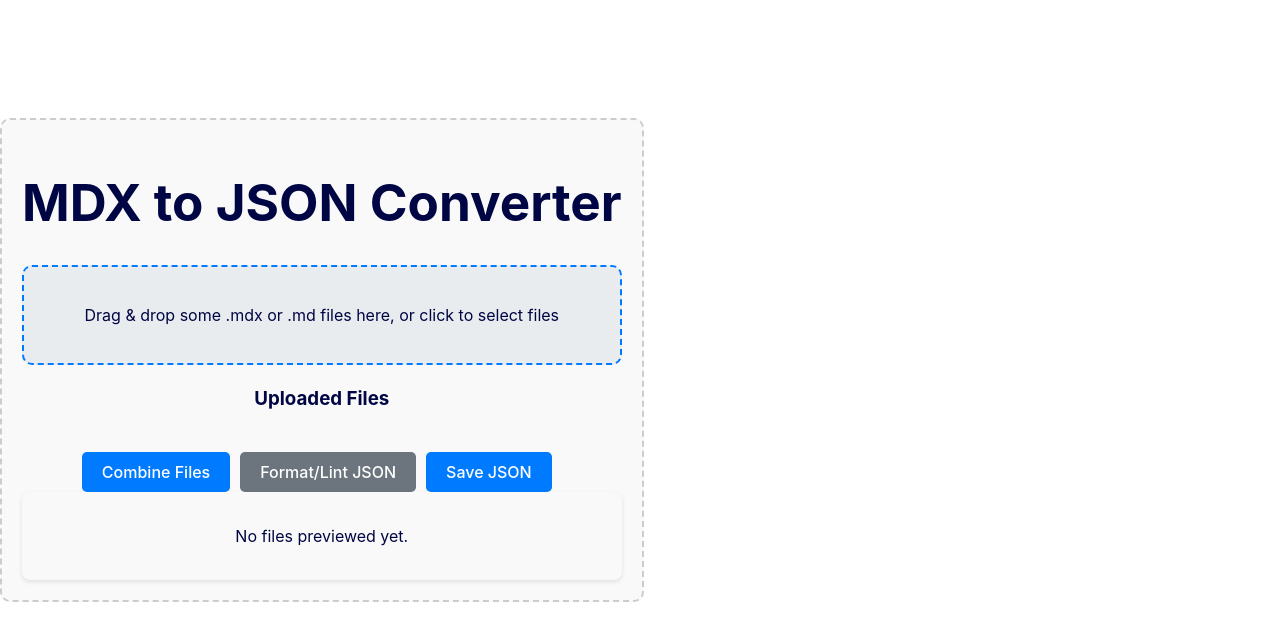
Repository: LayerDynamics/mdx-to-json
Page: /
These files come from the project's save history. The page is drawn as it stood at one moment and after the next save; the edit follows.
The browser window is 1280 px wide. The pictures show the whole page.
The project was rebuilt for these pictures with package versions that can differ from the ones it lists, and the page was loaded fresh each time. Also part of the build but not shown: vite.config.ts, src/hooks/parseMDX.ts.

Above is the page before, as saved 2024-08-21 09:59:38.

### src/App.tsx
// /src/App.tsx
// /src/App.tsx
import React, { useState, useCallback, useEffect } from "react";
import { useDropzone, FileRejection } from "react-dropzone";
import { useParseMDX, parseContentBasedOnSyntax } from "./hooks/parseMDX";
import { Container, Button, DropzoneArea, PreviewContainer } from "./styles";
import FileList from "./components/FileList";
import FormatButton from "./components/FormatButton";
import DOMPurify from "dompurify";
import { createKnowledgeBaseEntry } from "./utils/mdxUtils";

interface KnowledgeBaseEntry {
    title: string;
    tags: string[];
    category: string;
    content: string;
    metadata: {
        created_at: string;
        author: string;
    };
}

const safeJSONStringify = (obj: any) => {
    return JSON.stringify(obj, (key, value) => {
        if (typeof value === 'string') {
            return value.replace(/\\n/g, ' ').replace(/\\/g, '');
        }
        return value;
    }, 2);
};

const sanitizeContent = (content: string) => {
    return DOMPurify.sanitize(content);
};

const App: React.FC = () => {
    const [mdxFiles, setMdxFiles] = useState<File[]>([]);
    const [jsonEntries, setJsonEntries] = useState<KnowledgeBaseEntry[]>([]);
    const [combinedJson, setCombinedJson] = useState<Record<string, KnowledgeBaseEntry> | null>(null);

    // Use the useParseMDX hook
    const { parsedContent, parseMDX } = useParseMDX();

    const onDrop = useCallback(
        (acceptedFiles: File[], rejectedFiles: FileRejection[]) => {
            console.log("Accepted files:", acceptedFiles);
            console.log("Rejected files:", rejectedFiles);
            setMdxFiles([...mdxFiles, ...acceptedFiles]);
        },
        [mdxFiles]
    );

    const { getRootProps, getInputProps } = useDropzone({
        onDrop,
        accept: {
            'text/markdown': ['.md', '.mdx'],
        },
        validator: (file) => {
            if (file.name && (file.name.endsWith('.md') || file.name.endsWith('.mdx'))) {
                return null; // accept the file
            }
            return {
                code: "invalid-extension",
                message: "File must have a .md or .mdx extension",
            };
        },
    });

    const handlePreview = async () => {
        const entries: KnowledgeBaseEntry[] = [];

        for (const file of mdxFiles) {
            try {
                const content = await file.text();
                console.log("File content:", content);
                const sanitizedContent = sanitizeContent(content);
                console.log("Sanitized content:", sanitizedContent);

                // Use the parseContentBasedOnSyntax function
                parseContentBasedOnSyntax(sanitizedContent, parseMDX);

                // Wait for parseMDX to finish and set parsedContent
                await new Promise((resolve) => {
                    const checkParsedContent = () => {
                        if (parsedContent) {
                            resolve(null);
                        } else {
                            setTimeout(checkParsedContent, 100);
                        }
                    };
                    checkParsedContent();
                });

                if (parsedContent) {
                    console.log("Parsed MDX:", parsedContent);
                    const entry = createKnowledgeBaseEntry(parsedContent.metadata, parsedContent.content);
                    entries.push(entry);
                } else {
                    console.error("Parsed content is null or undefined for file:", file.name);
                }
            } catch (error) {
                console.error(`Failed to parse file ${file.name}:`, error);
            }
        }

        console.log("Preview JSON entries:", entries);
        setJsonEntries(entries);
    };

    useEffect(() => {
        if (mdxFiles.length > 0) {
            handlePreview();  // Automatically preview files when they are uploaded
        }
    }, [mdxFiles]);

    const handleCombine = () => {
        console.log('JSON entries before combine:', jsonEntries);

        if (jsonEntries.length === 0) {
            console.error("No JSON entries to combine.");
            return;
        }

        const combined = jsonEntries.reduce((acc, entry) => {
            acc[entry.title] = {
                tags: entry.tags,
                category: entry.category,
                content: entry.content,
                metadata: entry.metadata,
            };
            return acc;
        }, {} as Record<string, KnowledgeBaseEntry>);

        console.log('Combined JSON:', combined);
        setCombinedJson(combined);
    };

    const handleSave = () => {
        console.log("Saving JSON:", combinedJson || jsonEntries);

        const blob = new Blob(
            [safeJSONStringify(combinedJson || jsonEntries)],
            { type: "application/json" },
        );
        const url = URL.createObjectURL(blob);
        const link = document.createElement("a");
        link.href = url;
        link.download = "knowledge_base.json";
        link.click();
        URL.revokeObjectURL(url);
    };

    const handleDeleteFile = (index: number) => {
        const newFiles = [...mdxFiles];
        newFiles.splice(index, 1);
        setMdxFiles(newFiles);
    };

    const handleFormat = (formattedEntries: KnowledgeBaseEntry[]) => {
        setJsonEntries(formattedEntries);
    };

    // Debugging logs to check conditions
    console.log("MDX Files:", mdxFiles.length);
    console.log("JSON Entries:", jsonEntries.length);
    console.log("Combined JSON:", combinedJson);

    return (
        <Container>
            <h1>MDX to JSON Converter</h1>
            <DropzoneArea {...getRootProps()}>
                <input {...getInputProps()} />
                <p>Drag & drop some .mdx or .md files here, or click to select files</p>
            </DropzoneArea>

            <FileList files={mdxFiles} onDelete={handleDeleteFile} />

            <Button onClick={handleCombine}>Combine Files</Button>
            <FormatButton jsonEntries={jsonEntries} onFormat={handleFormat} />
            <Button onClick={handleSave}>Save JSON</Button>

            <PreviewContainer>
                {jsonEntries.length > 0 ? (
                    jsonEntries.map((entry, index) => (
                        <div key={index}>
                            <h3>{entry.title}</h3>
                            <pre>{safeJSONStringify(entry)}</pre>
                            <hr />
                        </div>
                    ))
                ) : (
                    <p>No files previewed yet.</p>
                )}
            </PreviewContainer>
        </Container>
    );
};

export default App;

### src/styles.ts
// src/styles.ts
import styled from 'styled-components';

export const Container = styled.div`
    max-width: 800px;
    margin: 0 auto;
    padding: 20px;
    text-align: center;
    border: 2px dashed #ccc;
    border-radius: 10px;
    background-color: #f9f9f9;
    color: #000543;
    position: relative;
    z-index: 1;
`;

export const Button = styled.button`
    padding: 10px 20px;
    margin-top: 20px;
    margin-right: 10px;
    background-color: #007bff;
    color: white;
    border: none;
    border-radius: 5px;
    cursor: pointer;
    z-index: 10;
    position: relative;

    &:hover {
        background-color: #0056b3;
    }

    &:disabled {
        background-color: #6c757d;
        cursor: not-allowed;
    }
`;

export const DropzoneArea = styled.div`
    padding: 20px;
    border: 2px dashed #007bff;
    border-radius: 10px;
    background-color: #e9ecef;
    margin-bottom: 20px;
    cursor: pointer;
    position: relative;
    z-index: 2;

    &:hover {
        background-color: #dee2e6;
    }
`;


export const PreviewContainer = styled.div`
    max-width: 100%;
    overflow-x: auto; /* Allow horizontal scroll if necessary */
    word-wrap: break-word; /* Break long words and ensure they stay within the container */
    padding: 1rem;
    background-color: #f9f9f9;
    border-radius: 8px;
    box-shadow: 0 2px 4px rgba(0, 0, 0, 0.1);

    pre {
        white-space: pre-wrap; /* Ensures that the content respects the container width */
        word-break: break-word; /* Forces long words to break and wrap within the container */
    }

    h3 {
        font-size: 1.25rem;
        margin-bottom: 0.5rem;
        color: #333;
    }

    hr {
        border-top: 1px solid #ccc;
        margin: 1rem 0;
    }
`;

### src/components/FileList.tsx
// src/components/FileList.tsx
import React from 'react';

interface FileListProps {
    files: File[];
    onDelete: (index: number) => void;
}

const FileList: React.FC<FileListProps> = ({ files, onDelete }) => {
    return (
        <div>
            <h3>Uploaded Files</h3>
            <ul>
                {files.map((file, index) => (
                    <li key={index}>
                        {file.name}
                        <button onClick={() => onDelete(index)}>Delete</button>
                    </li>
                ))}
            </ul>
        </div>
    );
};

export default FileList;

### src/components/FormatButton.tsx
// src/components/FormatButton.tsx
import React from 'react';
import { Button } from '../styles';

interface FormatButtonProps {
    jsonEntries: any[];
    onFormat: (formattedEntries: any[]) => void;
}

const FormatButton: React.FC<FormatButtonProps> = ({ jsonEntries, onFormat }) => {
    const handleFormat = () => {
        const formatted = jsonEntries.map((entry: any) => {
            // Format and remove any unnecessary characters
            return {
                ...entry,
                title: entry.title.trim(),
                content: entry.content.trim(),
                tags: entry.tags.map((tag: string) => tag.trim()),
                category: entry.category.trim(),
                metadata: {
                    ...entry.metadata,
                    author: entry.metadata.author.trim(),
                }
            };
        });

        onFormat(formatted);
    };

    return (
        <Button onClick={handleFormat} disabled={!jsonEntries.length}>
            Format/Lint JSON
        </Button>
    );
};

export default FormatButton;

### src/utils/mdxUtils.ts
// /src/utils/mdxUtils.ts
// /src/utils/mdxUtils.ts
import { unified } from 'unified';
import rehypeParse from 'rehype-parse';
import rehypeStringify from 'rehype-stringify';
import { compile } from '@mdx-js/mdx';
import matter from 'gray-matter';
import { Buffer } from 'buffer';

globalThis.Buffer = Buffer;

export async function parseMDX(mdxContent: string) {
    try {
        const { content, data } = matter(mdxContent);

        if (!content || !data) {
            throw new Error("MDX content or frontmatter is missing or invalid.");
        }

        // Compile MDX to JSX
        const jsx = await compile(content);
        return { content: String(jsx), metadata: data };
    } catch (error) {
        console.error("Error during MDX parsing:", error);
        throw error;
    }
}

export function convertToPlainText(jsxContent: string) {
    try {
        return unified()
            .use(rehypeParse, { fragment: true })  // Parse the JSX
            .use(rehypeStringify)  // Convert back to text
            .processSync(jsxContent)
            .toString()
            .replace(/<[^>]*>/g, '')  // Strip any remaining HTML tags
            .replace(/\\n/g, '\n')  // Normalize line breaks
            .trim();  // Remove leading/trailing whitespace
    } catch (error) {
        console.error("Error converting JSX to plain text:", error);
        return '';
    }
}

export function createKnowledgeBaseEntry(metadata: any, content: string) {
    if (!metadata || !content) {
        console.error("Invalid metadata or content for creating a knowledge base entry.");
        return null;
    }
    return {
        title: metadata.title || 'Untitled',
        content: convertToPlainText(content),  // Ensure the content is plain text
        tags: metadata.tags || [],
        category: metadata.category || 'General',
        metadata: {
            created_at: metadata.date || new Date().toISOString(),
            author: metadata.author || 'Unknown',
        },
    };
}

Loaded but not shown: index.html (common file); src/main.tsx (common file); src/index.css (common file)

After the next save:
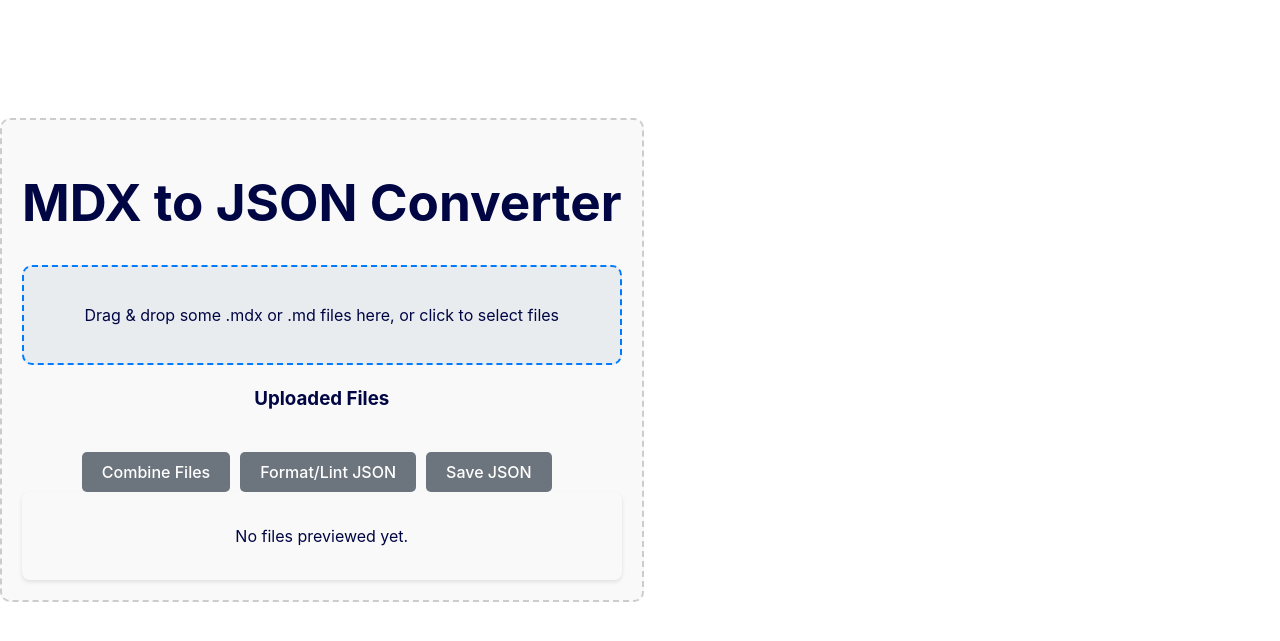
Saved 81 min 17 s later.
--- a/src/App.tsx
+++ b/src/App.tsx
@@ -1,4 +1,3 @@
-// /src/App.tsx
 // /src/App.tsx
 import React, { useState, useCallback, useEffect } from "react";
 import { useDropzone, FileRejection } from "react-dropzone";
@@ -37,17 +36,20 @@ const App: React.FC = () => {
     const [mdxFiles, setMdxFiles] = useState<File[]>([]);
     const [jsonEntries, setJsonEntries] = useState<KnowledgeBaseEntry[]>([]);
     const [combinedJson, setCombinedJson] = useState<Record<string, KnowledgeBaseEntry> | null>(null);
-
-    // Use the useParseMDX hook
+    const [error, setError] = useState<string | null>(null);
+
     const { parsedContent, parseMDX } = useParseMDX();
 
     const onDrop = useCallback(
         (acceptedFiles: File[], rejectedFiles: FileRejection[]) => {
             console.log("Accepted files:", acceptedFiles);
             console.log("Rejected files:", rejectedFiles);
-            setMdxFiles([...mdxFiles, ...acceptedFiles]);
+            setMdxFiles(prevFiles => [...prevFiles, ...acceptedFiles]);
+            if (rejectedFiles.length > 0) {
+                setError("Some files were rejected. Please ensure all files are .md or .mdx format.");
+            }
         },
-        [mdxFiles]
+        []
     );
 
     const { getRootProps, getInputProps } = useDropzone({
@@ -66,8 +68,9 @@ const App: React.FC = () => {
         },
     });
 
-    const handlePreview = async () => {
+    const handlePreview = useCallback(async () => {
         const entries: KnowledgeBaseEntry[] = [];
+        setError(null);
 
         for (const file of mdxFiles) {
             try {
@@ -76,14 +79,12 @@ const App: React.FC = () => {
                 const sanitizedContent = sanitizeContent(content);
                 console.log("Sanitized content:", sanitizedContent);
 
-                // Use the parseContentBasedOnSyntax function
                 parseContentBasedOnSyntax(sanitizedContent, parseMDX);
 
-                // Wait for parseMDX to finish and set parsedContent
-                await new Promise((resolve) => {
+                await new Promise<void>((resolve) => {
                     const checkParsedContent = () => {
                         if (parsedContent) {
-                            resolve(null);
+                            resolve();
                         } else {
                             setTimeout(checkParsedContent, 100);
                         }
@@ -94,30 +95,35 @@ const App: React.FC = () => {
                 if (parsedContent) {
                     console.log("Parsed MDX:", parsedContent);
                     const entry = createKnowledgeBaseEntry(parsedContent.metadata, parsedContent.content);
-                    entries.push(entry);
+                    if (entry) {
+                        entries.push(entry);
+                    } else {
+                        console.error("Failed to create knowledge base entry for file:", file.name);
+                    }
                 } else {
                     console.error("Parsed content is null or undefined for file:", file.name);
                 }
             } catch (error) {
                 console.error(`Failed to parse file ${file.name}:`, error);
+                setError(`Failed to parse file ${file.name}. Please check the file content.`);
             }
         }
 
         console.log("Preview JSON entries:", entries);
         setJsonEntries(entries);
-    };
+    }, [mdxFiles, parseMDX, parsedContent]);
 
     useEffect(() => {
         if (mdxFiles.length > 0) {
-            handlePreview();  // Automatically preview files when they are uploaded
-        }
-    }, [mdxFiles]);
-
-    const handleCombine = () => {
+            handlePreview();
+        }
+    }, [mdxFiles, handlePreview]);
+
+    const handleCombine = useCallback(() => {
         console.log('JSON entries before combine:', jsonEntries);
 
         if (jsonEntries.length === 0) {
-            console.error("No JSON entries to combine.");
+            setError("No JSON entries to combine.");
             return;
         }
 
@@ -133,14 +139,20 @@ const App: React.FC = () => {
 
         console.log('Combined JSON:', combined);
         setCombinedJson(combined);
-    };
-
-    const handleSave = () => {
-        console.log("Saving JSON:", combinedJson || jsonEntries);
+    }, [jsonEntries]);
+
+    const handleSave = useCallback(() => {
+        const dataToSave = combinedJson || jsonEntries;
+        console.log("Saving JSON:", dataToSave);
+
+        if (Object.keys(dataToSave).length === 0) {
+            setError("No data to save. Please combine files first.");
+            return;
+        }
 
         const blob = new Blob(
-            [safeJSONStringify(combinedJson || jsonEntries)],
-            { type: "application/json" },
+            [safeJSONStringify(dataToSave)],
+            { type: "application/json" }
         );
         const url = URL.createObjectURL(blob);
         const link = document.createElement("a");
@@ -148,22 +160,19 @@ const App: React.FC = () => {
         link.download = "knowledge_base.json";
         link.click();
         URL.revokeObjectURL(url);
-    };
-
-    const handleDeleteFile = (index: number) => {
-        const newFiles = [...mdxFiles];
-        newFiles.splice(index, 1);
-        setMdxFiles(newFiles);
-    };
-
-    const handleFormat = (formattedEntries: KnowledgeBaseEntry[]) => {
+    }, [combinedJson, jsonEntries]);
+
+    const handleDeleteFile = useCallback((index: number) => {
+        setMdxFiles(prevFiles => {
+            const newFiles = [...prevFiles];
+            newFiles.splice(index, 1);
+            return newFiles;
+        });
+    }, []);
+
+    const handleFormat = useCallback((formattedEntries: KnowledgeBaseEntry[]) => {
         setJsonEntries(formattedEntries);
-    };
-
-    // Debugging logs to check conditions
-    console.log("MDX Files:", mdxFiles.length);
-    console.log("JSON Entries:", jsonEntries.length);
-    console.log("Combined JSON:", combinedJson);
+    }, []);
 
     return (
         <Container>
@@ -175,9 +184,11 @@ const App: React.FC = () => {
 
             <FileList files={mdxFiles} onDelete={handleDeleteFile} />
 
-            <Button onClick={handleCombine}>Combine Files</Button>
+            <Button onClick={handleCombine} disabled={jsonEntries.length === 0}>Combine Files</Button>
             <FormatButton jsonEntries={jsonEntries} onFormat={handleFormat} />
-            <Button onClick={handleSave}>Save JSON</Button>
+            <Button onClick={handleSave} disabled={!combinedJson && jsonEntries.length === 0}>Save JSON</Button>
+
+            {error && <p style={{ color: 'red' }}>{error}</p>}
 
             <PreviewContainer>
                 {jsonEntries.length > 0 ? (
